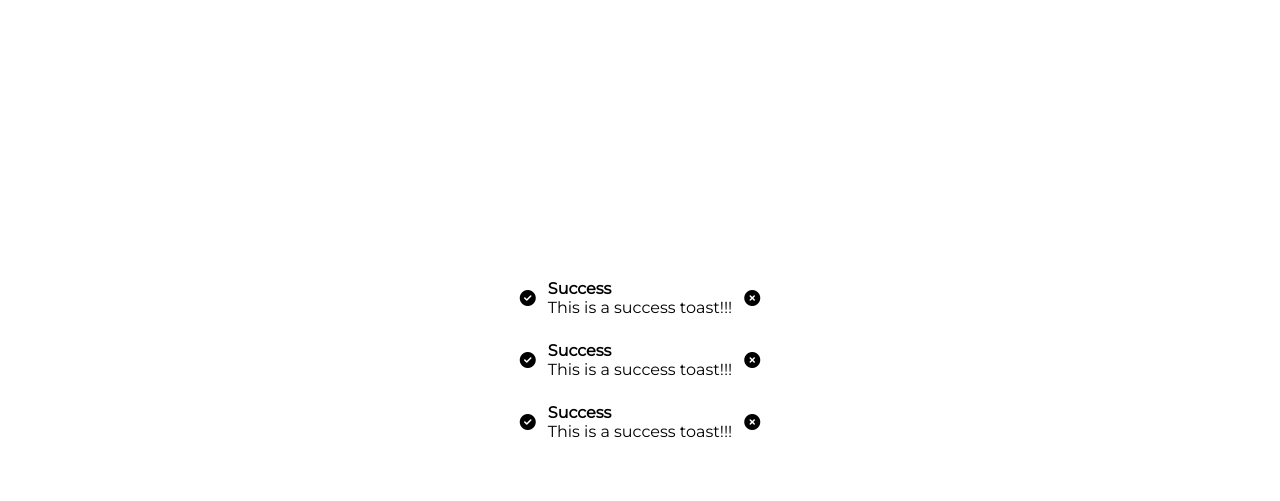
Repository: thuynguyen0964/Toast-Cooler
Page: index.html
An editor plug-in stored every save of this project. The page is shown before and after a run of saves, followed by the edit.
The browser window is 1280 px wide. The pictures show the whole page.

Above is the page before, as saved 2023-01-26 20:20:43.

After the next 2 saves:
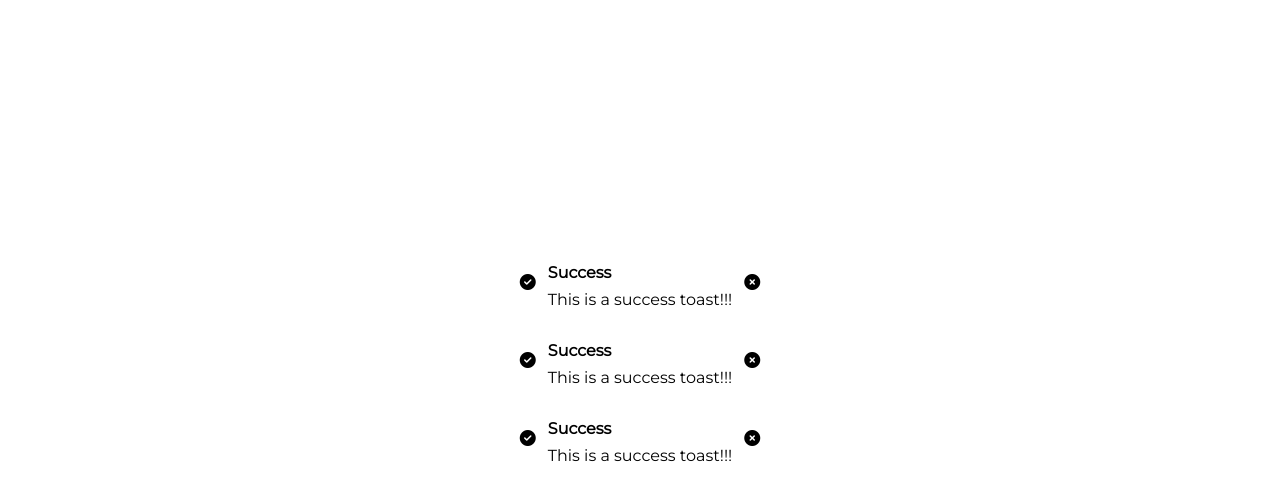
The 2 saves are shown as one change because they came seconds apart.
The last was saved 8 s later.
--- a/app/style.css
+++ b/app/style.css
@@ -21,5 +21,5 @@ body{
     padding: 12px ;
 }
 .toast__title{
-
+    margin: 8px 0;
 }
